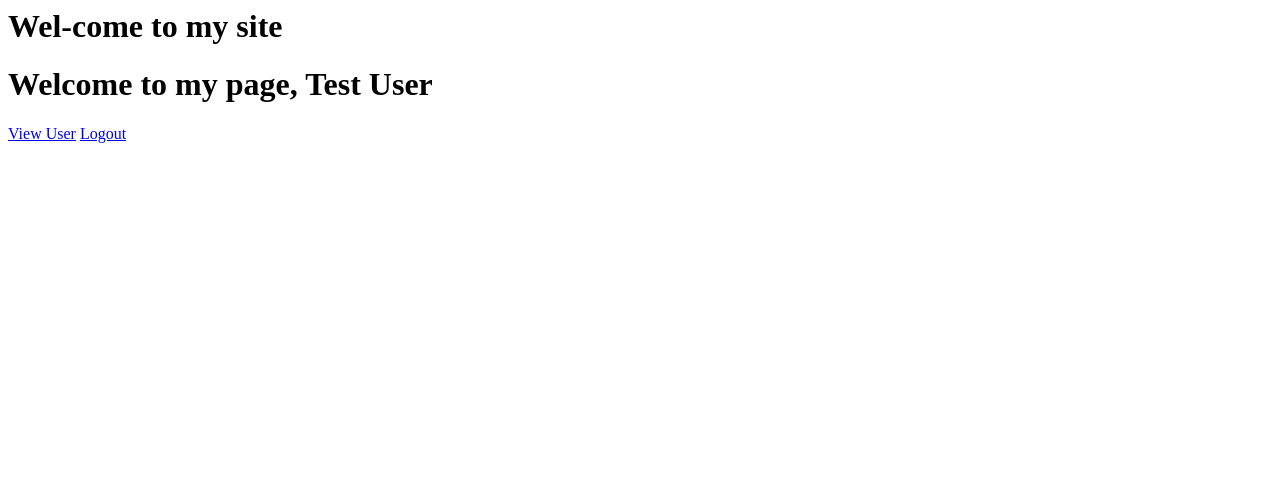
Repository: rajesh2058/2024JAVA
Page: http://localhost/hello/day6home.jsp
An editor plug-in stored every save of this project. The page is shown before and after the next save, followed by the edit.
The browser window is 1280 px wide. The pictures show the whole page.
The page is served by Tomcat 9. The session is filled in as if someone had signed in: {"NAME": "Test User"}.

Above is the page before, as saved 2024-12-06 03:15:10.

After the next save:
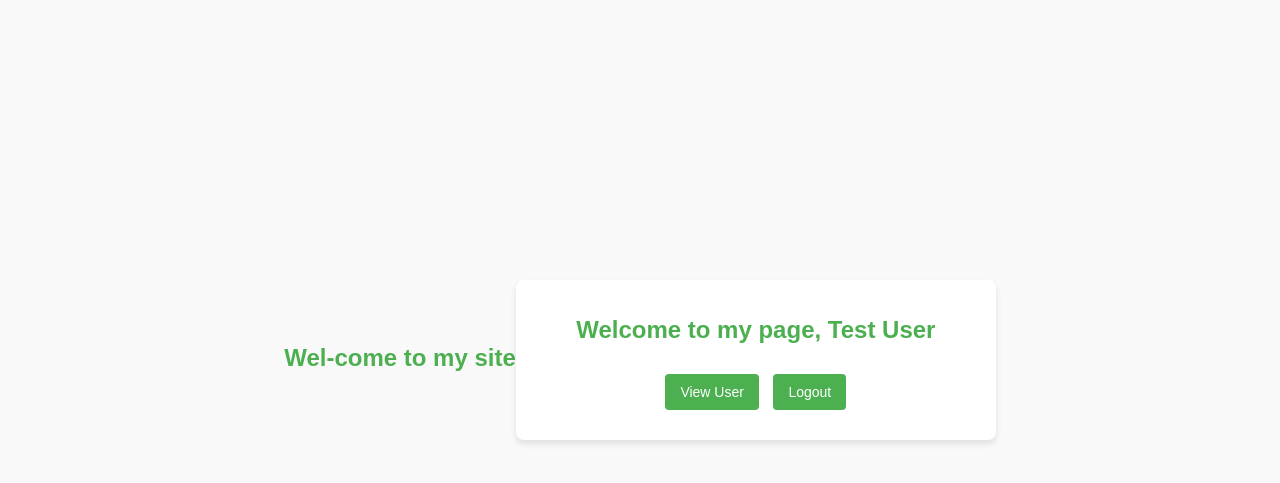
Saved 54 s later.
--- a/JSP/hello/src/main/webapp/day6home.jsp
+++ b/JSP/hello/src/main/webapp/day6home.jsp
@@ -1,5 +1,51 @@
 <%@ include file="header.jsp" %>
 
-<h1>Welcome to my page, <%= name %></h1>
-<a href="day6userview.jsp">View User</a>
-<a href="logout.jsp">Logout</a>
+<style>
+    body {
+        font-family: Arial, sans-serif;
+        margin: 0;
+        padding: 0;
+        background-color: #f9f9f9;
+        display: flex;
+        justify-content: center;
+        align-items: center;
+        height: 100vh;
+    }
+
+    .container {
+        background-color: #ffffff;
+        padding: 20px 40px;
+        border-radius: 8px;
+        box-shadow: 0 4px 6px rgba(0, 0, 0, 0.1);
+        text-align: center;
+        width: 400px;
+    }
+
+    h1 {
+        color: #4CAF50;
+        font-size: 24px;
+        margin-bottom: 20px;
+    }
+
+    a {
+        display: inline-block;
+        margin: 10px 5px;
+        padding: 10px 15px;
+        background-color: #4CAF50;
+        color: white;
+        text-decoration: none;
+        border-radius: 4px;
+        font-size: 14px;
+        transition: background-color 0.3s ease;
+    }
+
+    a:hover {
+        background-color: #45a049;
+    }
+</style>
+
+<div class="container">
+    <h1>Welcome to my page, <%= name %></h1>
+    <a href="day6userview.jsp">View User</a>
+    <a href="logout.jsp">Logout</a>
+</div>
